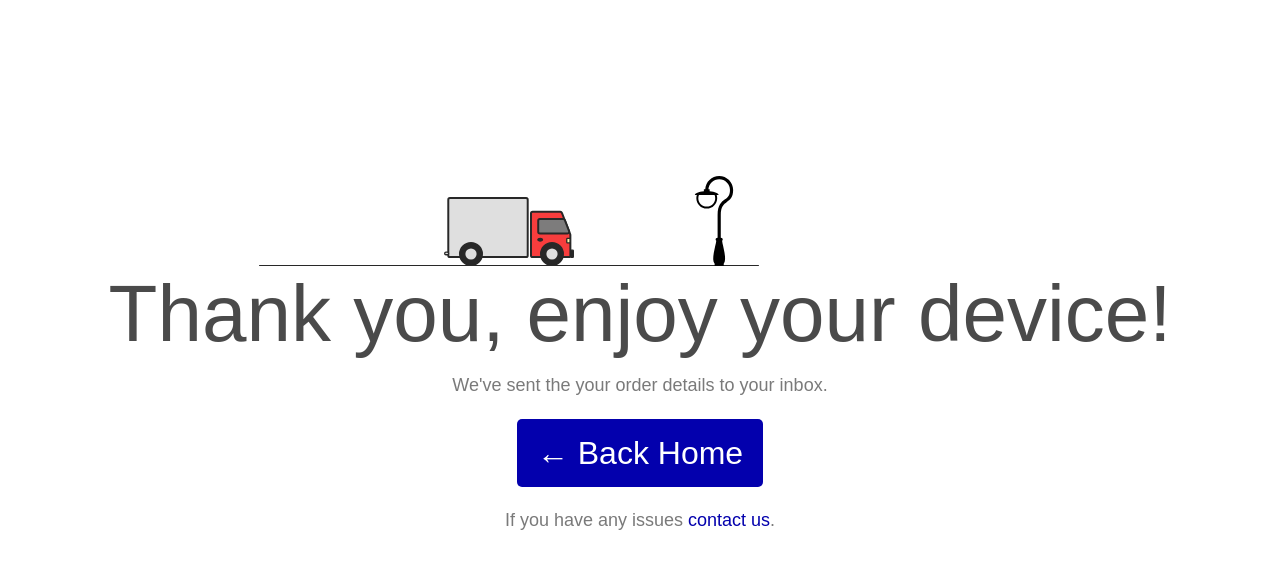
Repository: Davidobi21/macelect
Page: frontend/pages/thank-you.html
These files come from the project's save history. The page is drawn as it stood at one moment and after the next save; the edit follows.
The browser window is 1280 px wide. The pictures show the whole page.

Above is the page before, as saved 2025-05-06 10:37:51.

After the next save:
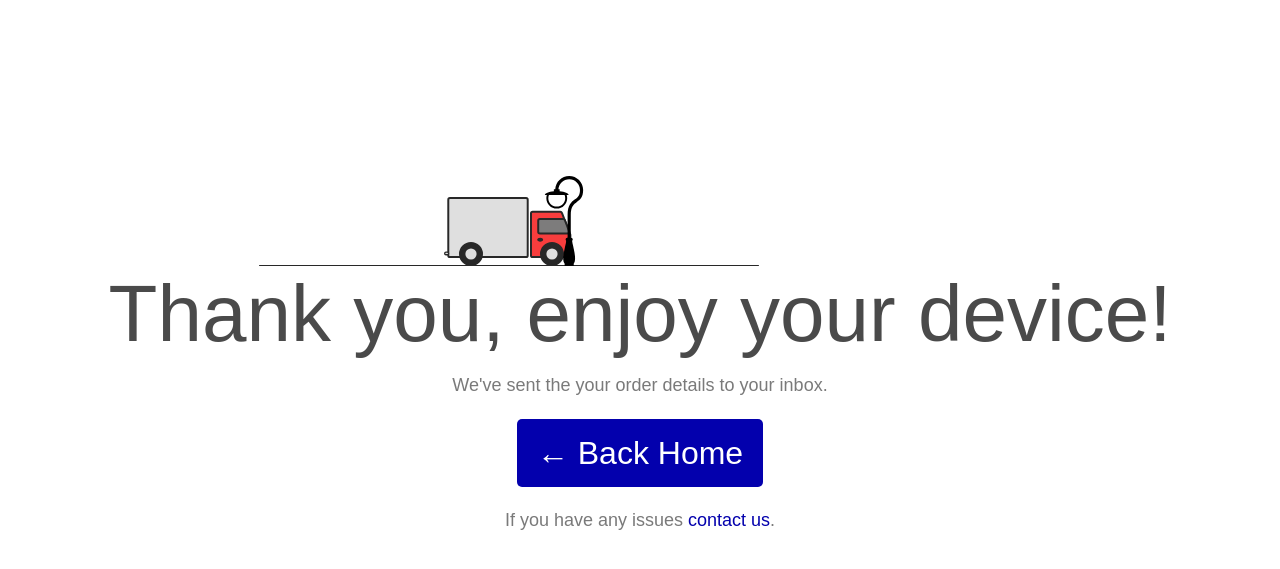
Saved 8 s later.
--- a/frontend/pages/thank-you.html
+++ b/frontend/pages/thank-you.html
@@ -103,7 +103,7 @@
 .lampPost {
   position: absolute;
   bottom: 0;
-  right: -40%;
+  right: -10%;
   height: 90px;
   animation: roadAnimation 1.4s linear infinite;
 }
